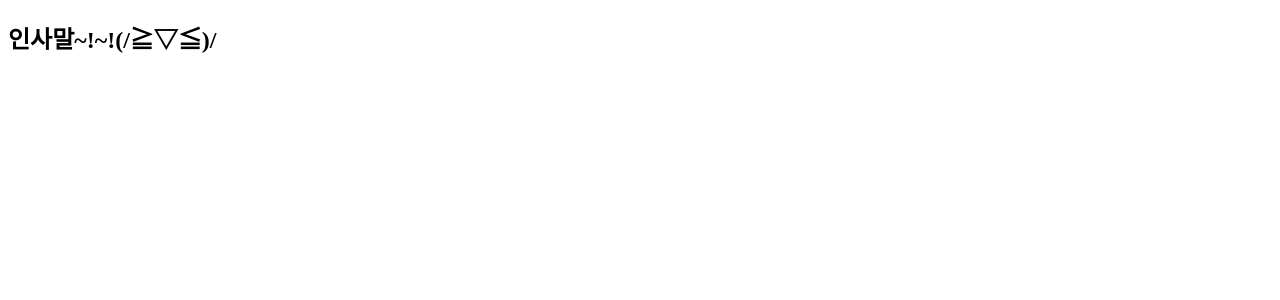
Repository: GTEM0/Acorn-classEdue2-java2-
Page: http://localhost/prj0901/hi
These files come from the project's save history. The page is drawn as it stood at one moment and after the next save; the edit follows.
The browser window is 1280 px wide. The pictures show the whole page.
The page is served by Tomcat 9.

Above is the page before, as saved 2023-09-01 00:26:01.

After the next save:
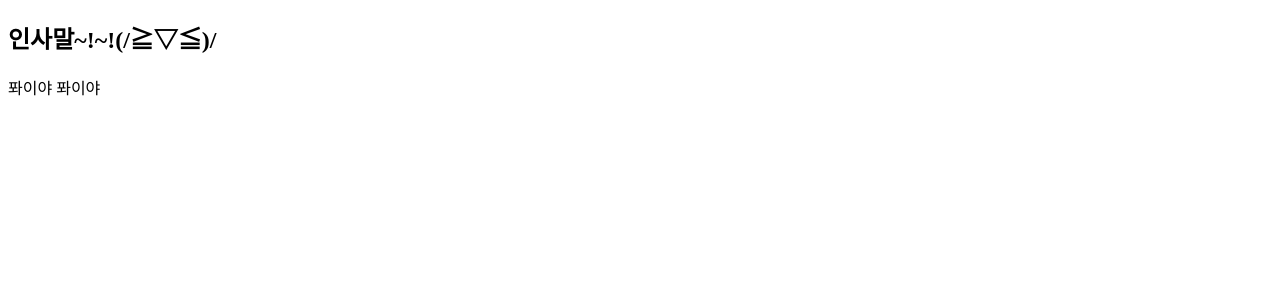
Saved 44 s later.
--- a/prj0901/src/main/webapp/WEB-INF/views/HiView.jsp
+++ b/prj0901/src/main/webapp/WEB-INF/views/HiView.jsp
@@ -13,8 +13,10 @@
 
 <%
 String result = (String)request.getAttribute("msg");
+out.println(result);
 %>
 
+<%= result %>
 
 
 </body>
